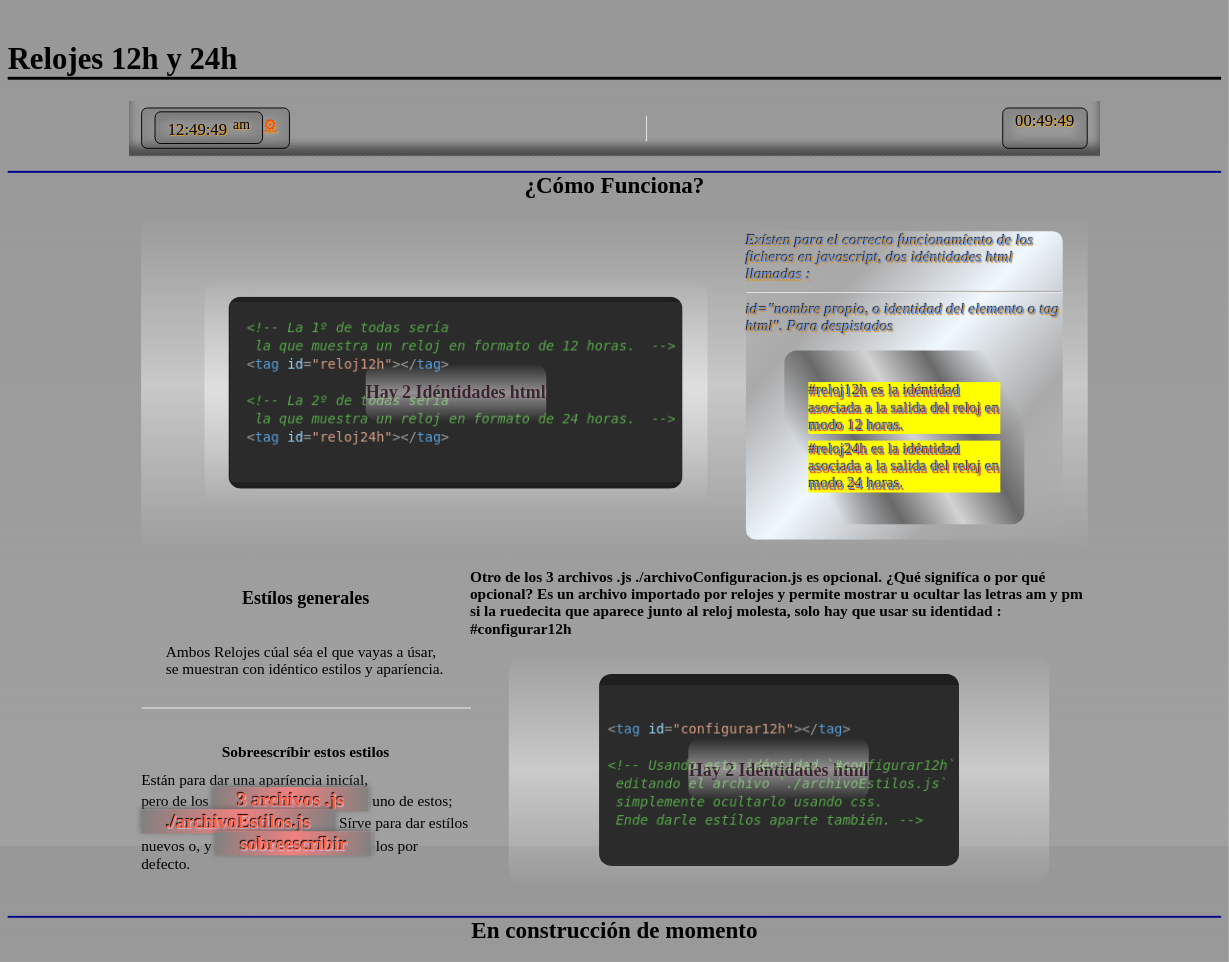
Repository: marcostonfor/clocks
Page: index.html
An editor plug-in stored every save of this project. The page is shown before and after the next save, followed by the edit.
The browser window is 1280 px wide. The pictures show the whole page, at 96% of full size.

Above is the page before, as saved 2024-09-19 01:38:09.

### index.html
<!DOCTYPE html>
<html lang="ca-ES, en-US">

<head>
    <meta charset="utf-8">
    <meta name="viewport" content="width=device-width, initial-scale=1">
    <title>relojes</title>
    <style>

        * {
            box-sizing: border-box;
        }

        body {
            background-image: repeating-linear-gradient(0deg, hsla(0, 0%, 41%, 0.63) 12%, hsla(0, 0%, 0%, 0.404));
        }

        h1 {
            margin-top: 6vh;
            border-bottom: 0.3vw solid black;
        }

        #dosRelojes {
            width: 80%;
            height: auto;
            margin: 2vh auto;
            padding: 1vh 1vw;
            display: flex;
            border-bottom: 0.1vw dashed gray;
            /* box-shadow: inset -0.2vh 0 06px hsl(41, 100%, 50%); */
            box-shadow: inset 0 -10px 10px rgba(0, 0, 0, 0.5);
        }

        summary::marker {
            content: none !important;
        }

        summary {
            cursor: pointer !important;
            color: orangered;
            text-decoration: underline;
            margin: 0.5vh auto;
            font-size: 12pt;
        }

        #caja12h {
            display: flex;
        }

        h2 {
            text-align: center;
            margin-top: 2vh;
            border-top: 0.2vw solid darkblue;
        }

        #identidades_principales {
            display: flex;
            justify-content: space-around;
            align-items:last baseline;
            padding: 2vh 2vw;
            width: 78%;
            margin: auto auto;
            background-image: repeating-linear-gradient(0deg, transparent, hsla(0, 0%, 96%, 0.5), transparent);
            border-radius: 0.755vw;
        }

        .conFoto figure {
            position: relative;
            display: flex;
            align-items: center;
            justify-content: center;
            background-image: repeating-linear-gradient(0deg, transparent, hsla(0, 0%, 96%, 0.5), transparent);
            padding: 3vh 2vw;
            border-radius: 1.6vw;
        }

        .conFoto figure img {
            border-radius: 1vw;
        }

        .conFoto figure figcaption {
            position: absolute;
            border-radius: 1vw;
            text-shadow: 0 0 1px hotpink;
            background-image:  repeating-linear-gradient(0deg, transparent, hsla(0, 0%, 96%, 0.5), transparent);
            mix-blend-mode: screen;
        }

        .conTexto  {
            width: fit-content;
            height: auto;
            color: cornflowerblue;
            text-shadow: 0.1vh 0.1vw 1px rgb(220, 140, 20), -0.1vh -0.1vw 1px black;
            background-image: repeating-linear-gradient(132deg, transparent, darkgray, aliceblue, darkgray, transparent);
            border-radius: 0.8vw;
        }

        .conTexto blockquote {
            padding: 2vw;
            border-radius: 1vw;
            background-image: linear-gradient(-120deg, transparent 12%, dimgray, lightgray, dimgray, transparent, transparent);
        }

        .conTexto blockquote mark {
            text-shadow: 0.1vh 0.1vw 1px rgb(220, 20, 60), -0.1vh -0.1vw 1px black;
            color: cornflowerblue !important;
            display: block;
            margin: 1vh auto;
        }

        #estilos_generales {
            width: 78%;
            margin: auto auto;
            display: flex;
            justify-content: space-around;
            align-items: center;

        }

        #estilos_generales article h3 {
            text-align: center;
            width: fit-content;
            margin: 3vh auto;
        }

        #textoGeneral {
            padding: 2vh 2vw;
            width: fit-content;
            /* border: 0.2vw solid black; */
            overflow: hidden;
        }

        .hache3 {
            display: block !important;
            text-align: center;
            margin: 1.5vh auto;
        }

        .code_md {
            font-weight: 800;
            font-size: calc(1em * 1.25);
            background-image: repeating-linear-gradient(98deg, gray, lightcoral, gray);
            padding: 0.2vh 2vw;
            color: tomato;
            text-shadow: 0.1vh 0.1vw 1px thistle, -0.1vh -0.1vw 1px black;
            box-shadow: 0 -1.6px 6px dimgray;
            margin: 1vh auto !important;
        }
    </style>
</head>

<body>
    <header>
        <h1>Relojes 12h y 24h</h1>
        <aside id="dosRelojes">
            <div id="caja12h">
                <div id="reloj12h"></div>
            </div>
            <hr>
            <div id="reloj24h"></div>
        </aside>
        <nav></nav>
    </header>
    <main>
        <h2>¿Cómo Funciona?</h2>
        <section id="identidades_principales">
            <article class="conFoto">
                <figure>
                    <img src="./img/identidadesPrincipales.png" alt="foto de las id principales">
                <figcaption><h3>Hay 2 Idéntidades html</h3></figcaption>
                </figure>
            </article>
            <article class="conTexto">
                    <cite>Exísten para el correcto funcionamíento de los ficheros en javascript, dos idéntidades html
                        llamadas :</cite> <hr /><cite>id="nombre propio, o identidad del elemento o tag html". Para despistados</cite>
                <blockquote>
                    <mark>#reloj12h es la idéntidad asociada a la salida del reloj en modo 12 horas.</mark>

                    <mark>#reloj24h es la idéntidad asociada a la salida del reloj en modo 24 horas.</mark>
                </blockquote>
            </article>
        </section>
        <section id="estilos_generales">
            <article>
                <h3>Estílos generales</h3>
                <p id="textoGeneral">
                    Ambos Relojes cúal séa el que vayas a úsar, se muestran con idéntico estilos y aparíencia. <br><hr><br><strong class="hache3">Sobreescríbir estos estilos</strong>
                    Están para dar una aparíencia inicíal, <br> pero de los <span class="code_md">3 archivos .js</span> uno de estos;

                    <span class="code_md">./archivoEstilos.js</span> Sírve para dar estílos nuevos o, y <span class="code_md">sobreescríbir</span> los por defecto.
                </p>
            </article>
            <article class="conFoto">
                <p><strong>Otro de los 3 archivos .js

                    ./archivoConfiguracion.js es opcional.

                    ¿Qué signifíca o por qué opcional?
                    Es un archivo importado por relojes y permite mostrar u ocultar las letras am y pm
                    si la ruedecita que aparece junto al reloj molesta, solo hay que usar su identidad : #configurar12h</p>
                <figure>
                    <img src="./img/fotoDetails12h.png" alt="foto de las id principales">
                <figcaption><h3>Hay 2 Idéntidades html</h3></figcaption>
                </figure>

            </article>
        </section>
    </main>
    <h2>En construcción de momento</h2>
    <script type="module" src="./relojes.js"></script>
</body>

</html>

<!--<p>Este es un texto con un <span style="font-size: 125%;">texto 25% más grande</span> que el resto.</p>
-->

### relojes.js

import { estilosPersonales } from './archivoEstilos.js';
import { conf12h } from './archivoConfiguracion.js';
function laHora() {
	const Reloj = class {
		constructor(formato, salida) {
			this.ahora = new Date();
			this.reloj = {
				hora: this.ahora.getHours(),
				minuto: this.ahora.getMinutes(),
				segundo: this.ahora.getSeconds()
			};
			this._formato = formato;
			this._salida = salida;
		}

		get formato() {
			return this._formato;
		}

		get salida() {
			return this._salida;
		}

		set formato(horaActual) {
			this._formato = horaActual;
		}

		set salida(output) {
			this._salida = output;
		}

		anyadirCero(formatear) {
			return formatear <= 9 ? "0" + formatear : formatear;
		}

		_12h() {
			let horas = this.reloj.hora % 12;
			if (horas === 0) horas = 12;
			const amOpm = this.reloj.hora >= 12 ? "pm" : "am";
			this._formato = `${this.anyadirCero(horas)}:${this.anyadirCero(this.reloj.minuto)}:${this.anyadirCero(this.reloj.segundo)}<sup>${amOpm}</sup>`;
			return this._formato;
		}

		_24h() {
			this._formato = `${this.anyadirCero(this.reloj.hora)}:${this.anyadirCero(this.reloj.minuto)}:${this.anyadirCero(this.reloj.segundo)}`;
			return this._formato;
		}
	};

	const laSalida = () => {
		const salida = document.getElementById("reloj12h");
		const salida24h = document.getElementById("reloj24h");
		const doceHoras = new Reloj();
	//	salida.innerHTML = doceHoras._12h();
	//	salida24h.innerHTML = doceHoras._24h();

 // Verifica si existe el elemento #reloj12h
 if (salida) {
	salida.innerHTML = doceHoras._12h();
	conf12h(); // Llamada a la función conf12h() si el elemento existe
}

// Verifica si existe el elemento #reloj24h
if (salida24h) {
	salida24h.innerHTML = doceHoras._24h();
}


	function estiloscss(estilosPersonales) {

		const estils = document.createElement('STYLE');
		estils.textContent = `
* {
    box-sizing: border-box;
}

div {
    text-align: center;
    width: fit-content;
    border: 0.1vw solid black;
    font-size: 13pt;
    padding: 0.5vh 1vw;
    box-shadow: inset 0 0 10px 10px hsla(0, 0%, 41%, 0.397);
    font-family: 'Comic Sans MS';
    color: black;
    text-shadow: 0.1vh 0.1vw 1px orange;
    border-radius: 0.5vw;
}


sup {
    margin-left: 0.5vw !important;
}
	`;
		if (estilosPersonales) {
			estils.textContent += estilosPersonales;
		}


		document.head.appendChild(estils);
}

	// Llamada a la función con estilos adicionales
	estiloscss(estilosPersonales);


	};

// estiloscss();
return setInterval(laSalida, 1000);
}
laHora();

### archivoEstilos.js
export const estilosPersonales = `

    `;

### archivoConfiguracion.js
export function conf12h() {
    const config = document.createElement('DETAILS');
    const summary = document.createElement('SUMMARY');
    summary.innerHTML = `&#9881;`;
    config.appendChild(summary);

    // Verificar si el checkbox ya existe
    if (!document.getElementById('miCheckbox')) {
        const checkbox = document.createElement('input');
        checkbox.type = 'checkbox';
        checkbox.id = 'miCheckbox';
        checkbox.checked = true; // Mostrar <sup> por defecto

        const label = document.createElement('label');
        label.htmlFor = 'miCheckbox'; // Asegúrate de que coincida con el id del checkbox
        label.textContent = 'Ver "am" "pm"';

        // Crear un elemento <style> para manejar la visibilidad de <sup>
        let estils = document.getElementById('dynamicStyles');
        if (!estils) {
            estils = document.createElement('style');
            estils.id = 'dynamicStyles';
            document.head.appendChild(estils);
        }

        // Función para actualizar el estilo de <sup>
        const updateSupVisibility = () => {
            if (checkbox.checked) {
                estils.textContent = `
                    sup {
                        display: inline !important;
                    }
                `;
            } else {
                estils.textContent = `
                    sup {
                        display: none !important;
                    }
                `;
            }
        };

        // Inicializar el estilo de <sup>
        updateSupVisibility();

        // Agregar un evento al checkbox para alternar la visibilidad de <sup>
        checkbox.addEventListener('change', updateSupVisibility);

        const mostrarConfiguracion = document.getElementById('caja12h');
        // Agregar el checkbox y el label al cuerpo del documento
        label.appendChild(checkbox);
        config.appendChild(label);
        mostrarConfiguracion.appendChild(config);
    }
}

After the next save:
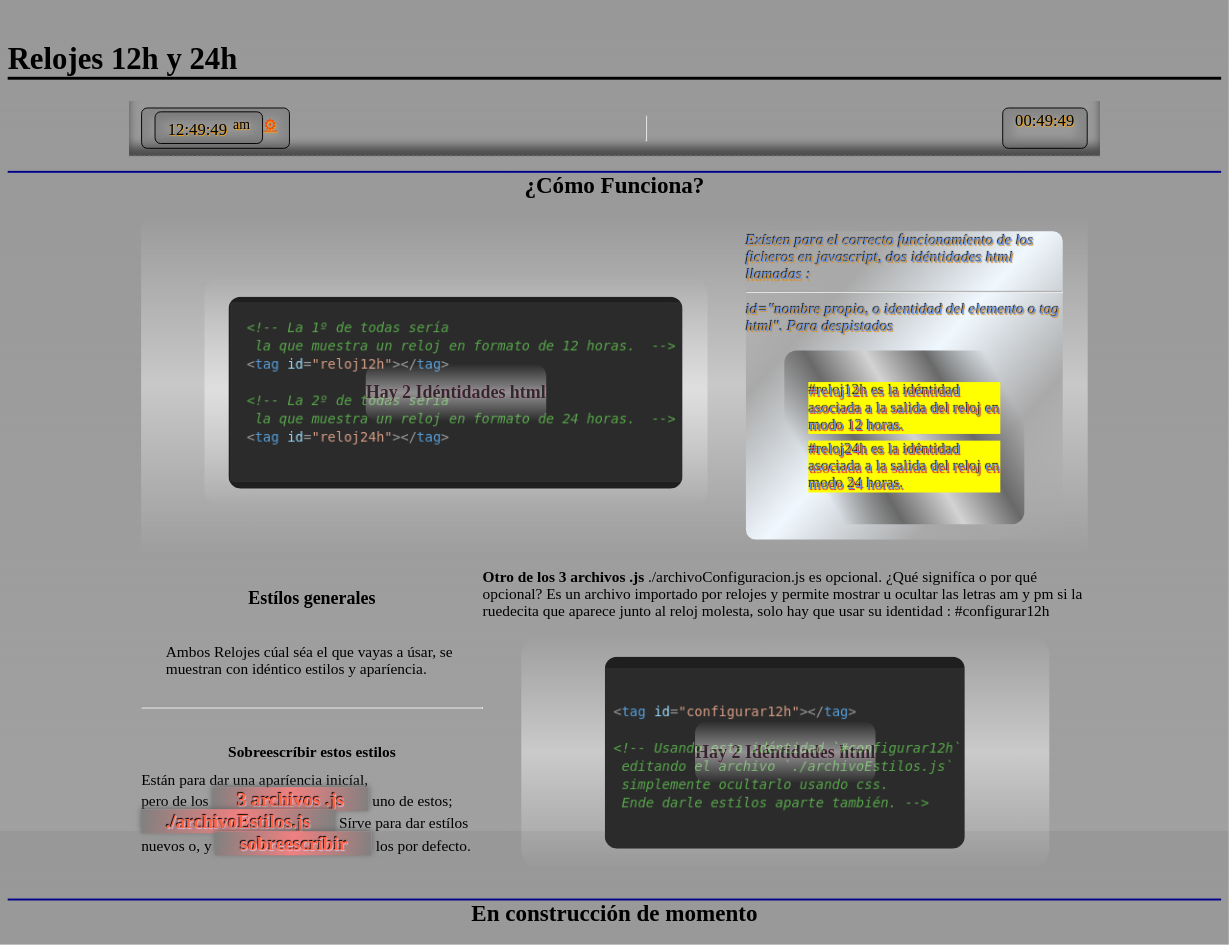
Saved 6 s later.
--- a/index.html
+++ b/index.html
@@ -191,7 +191,7 @@
                 </p>
             </article>
             <article class="conFoto">
-                <p><strong>Otro de los 3 archivos .js
+                <p><strong>Otro de los 3 archivos .js</strong>
 
                     ./archivoConfiguracion.js es opcional.
 
